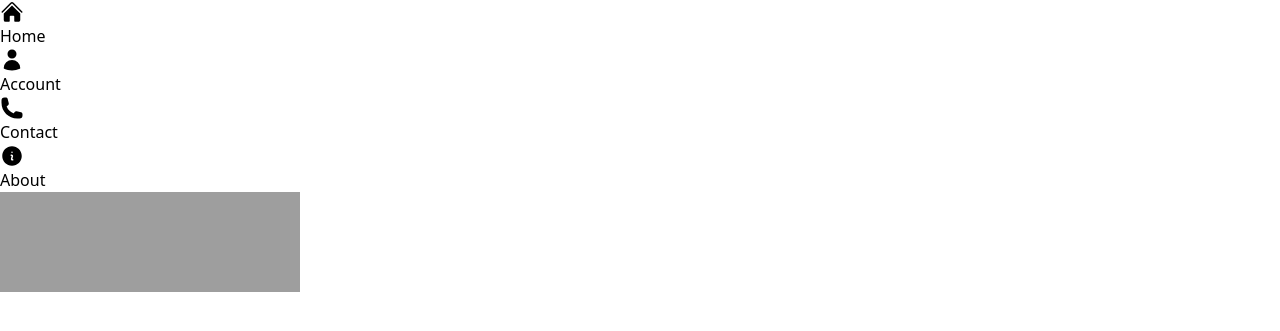
Repository: lyvandat/imdb-movie
Page: /
An editor plug-in stored every save of this project. The page is shown before and after the next save, followed by the edit.
The browser window is 1280 px wide. The pictures show the whole page.
Pictures or frames that could not be fetched are drawn as grey boxes. The project was rebuilt for these pictures with package versions that can differ from the ones it lists, and the page was loaded fresh each time. The framework's server and built-in components were replaced by stand-ins that run in the browser. Also part of the build but not shown: next.config.js.

Above is the page before, as saved 2022-10-04 10:20:12.

After the next save:
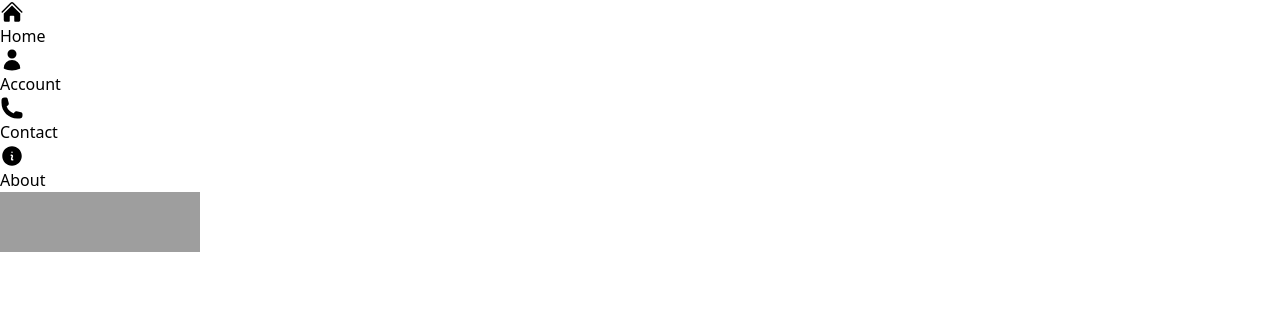
Saved 39 s later.
--- a/components/Header.js
+++ b/components/Header.js
@@ -32,8 +32,8 @@ function Header() {
       </ul>
       <Image
         src="https://th.bing.com/th/id/R.96d6a3163510b47bda4d016b465fb380?rik=RdmM%2faKqGkQOUw&riu=http%3a%2f%2fimg4.wikia.nocookie.net%2f__cb20130124112826%2flogopedia%2fimages%2f8%2f8e%2fIMDB.png&ehk=Svd7%2fn42Zig1owSS1hb%2b2k8bFFdbEKW6iFyTQu2u5yw%3d&risl=&pid=ImgRaw&r=0"
-        width={300}
-        height={100}
+        width={200}
+        height={60}
       />
     </section>
   );
